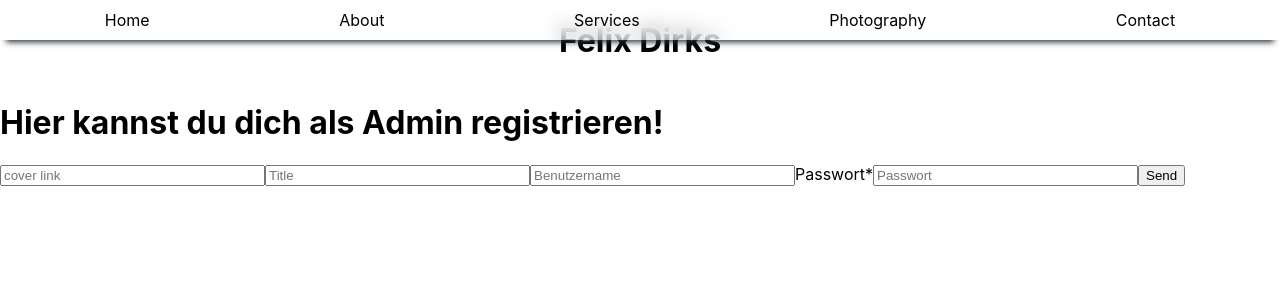
Repository: muhanad-musawi/backend-projekt-frondend
Page: /register (app in pohtographer/)
The author's editor kept a copy of each file at every save. The page is drawn from the files as they stood at one save, then again after the next save.
The browser window is 1280 px wide. The pictures show the whole page.
The page's requests for data from a server got no answer. The project was rebuilt for these pictures with package versions that can differ from the ones it lists, and the page was loaded fresh each time. The framework's server and built-in components were replaced by stand-ins that run in the browser. No one was signed in, and anything a server would have sent is missing. Also part of the build but not shown: pohtographer/next.config.js, pohtographer/styles/Footer.module.css.

Above is the page before, as saved 2022-03-25 19:54:52.

After the next save:
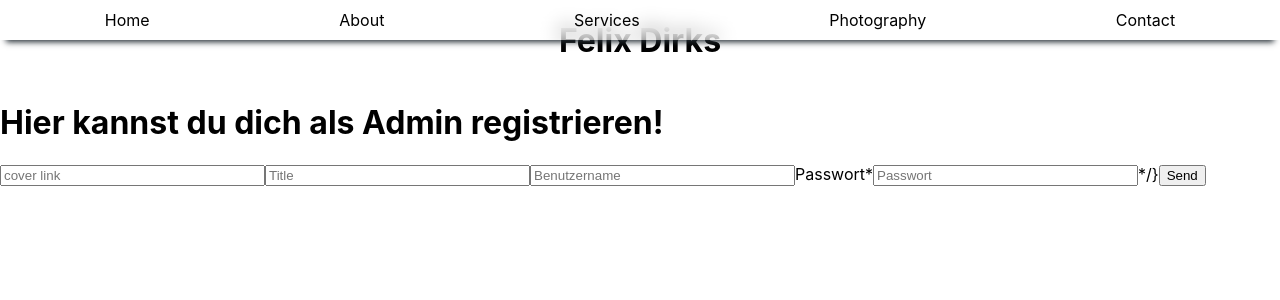
Saved 4 s later.
--- a/pohtographer/pages/register.jsx
+++ b/pohtographer/pages/register.jsx
@@ -89,6 +89,7 @@ function Register() {
       <label for="adminPassword">Passwort<span>*</span></label>
 
     <input type="password" name="adminPassword"  id="adminPassword" placeholder='Passwort' value={inputs.adminPassword} size="30" maxLength="10" onChange={handleInputChange}></input>
+  */}
 
     <input type="submit" value="Send" />
     </form>
